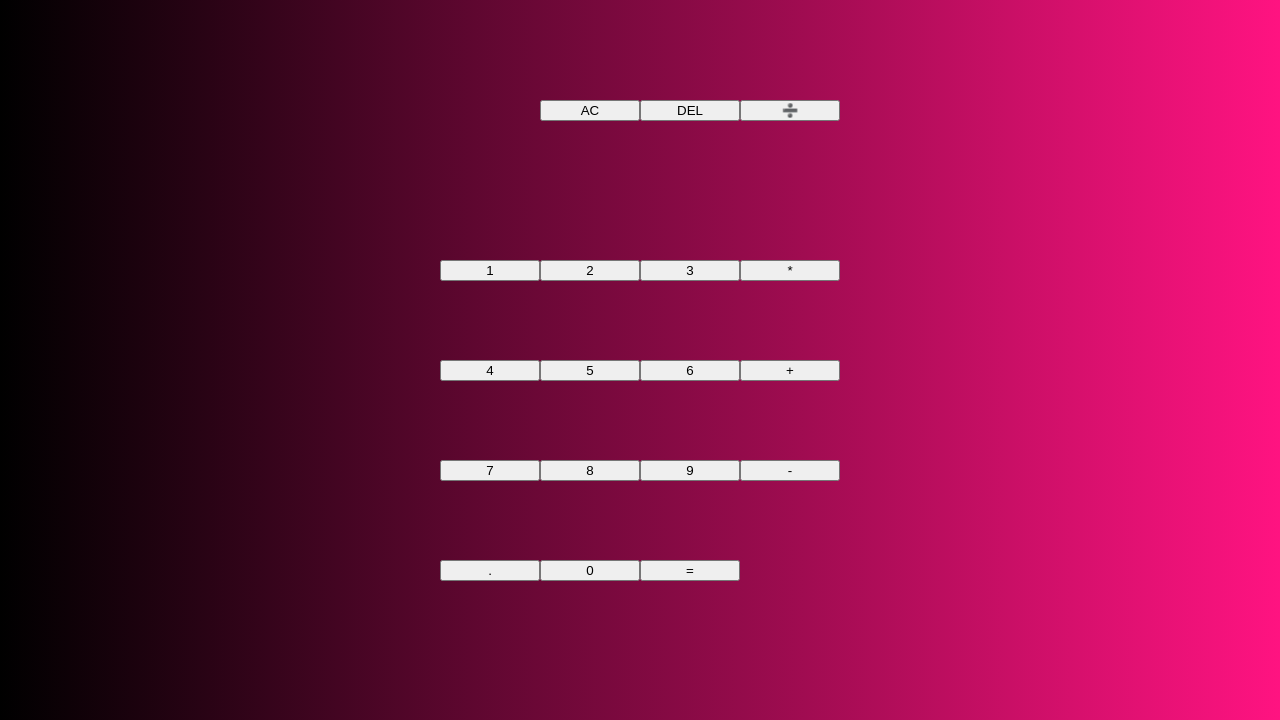
Repository: burntaftermint/calculator
Page: index.html
These files come from the project's save history. The page is drawn as it stood at one moment and after the next save; the edit follows.
The browser window is 1280 px wide. The pictures show the whole page.

Above is the page before, as saved 2023-11-01 02:31:08.

### index.html
<!DOCTYPE html>
<html lang="en">
<head>
    <meta charset="UTF-8">
    <meta name="viewport" content="width=device-width, initial-scale=1.0">
    <title>Calculator</title>
    <link href="styles.css" rel="stylesheet">
    <script src="script.js" defer></script>
</head>
<body>
    <div class="calculator-grid">
        <div class="output">
            <div class="previous-operand"></div>
                <div class="current-operand"></div>
        </div>
        <button class="span-two">AC</button>
        <button>DEL</button>
        <button>➗</button>
        <button>1</button>
        <button>2</button>
        <button>3</button>
        <button>*</button>
        <button>4</button>
        <button>5</button>
        <button>6</button>
        <button>+</button>
        <button>7</button>
        <button>8</button>
        <button>9</button>
        <button>-</button>
        <button>.</button>
        <button>0</button>
        <button class="span-two">=</button>

    </div>
</body>
</html>

### styles.css
*::before, *::after {
    box-sizing: border-box;
    font-family: Gotham Rounded, sans-serif;
    font-weight: normal;
}

body {
    padding: 0;
    margin: 0;
    background: linear-gradient(to right, #000000, #ff1381);
}

.calculator-grid {
    display: grid;
    justify-content: center;
    align-items: center;
    min-height: 100vh;
    grid-template-columns: repeat(4, 100px);
    grid-template-rows: minmax(120px, auto) repeat(5, 100px);
}

Loaded but not shown: script.js (no copy from this time; the picture is the same without it)

After the next save:
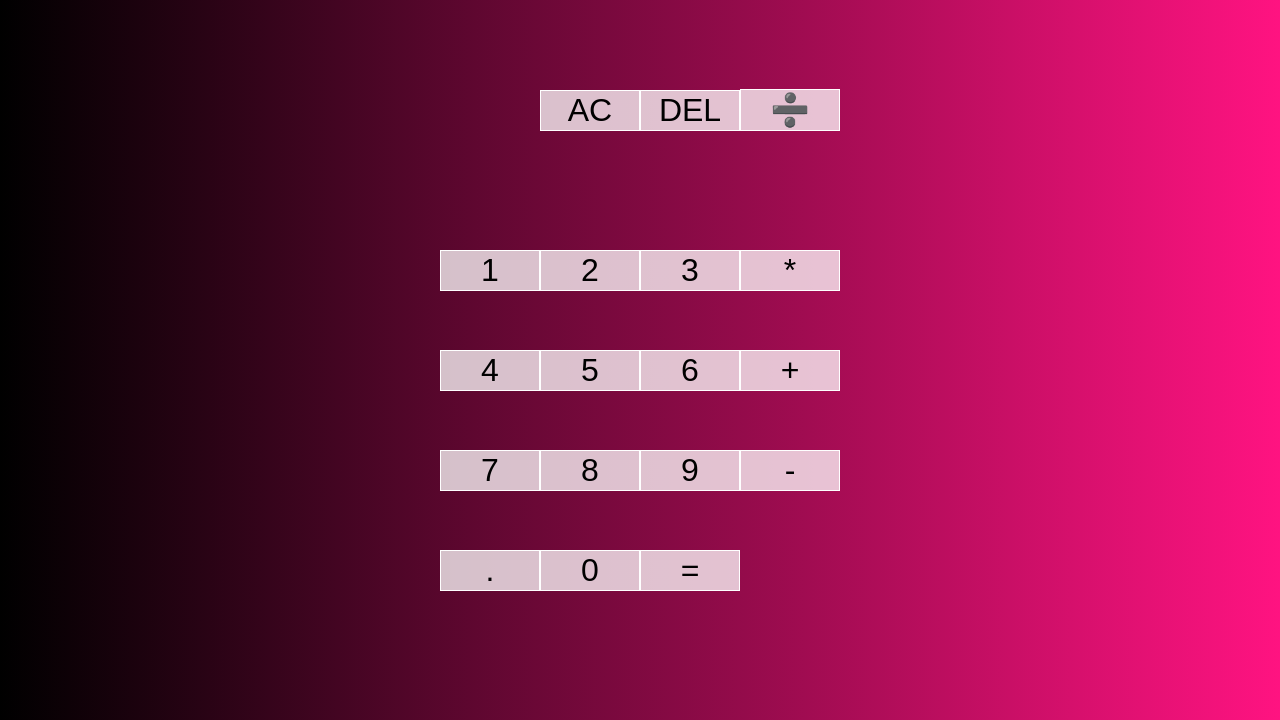
Saved 72 s later.
--- a/styles.css
+++ b/styles.css
@@ -18,3 +18,11 @@ body {
     grid-template-columns: repeat(4, 100px);
     grid-template-rows: minmax(120px, auto) repeat(5, 100px);
 }
+
+.calculator-grid > button {
+    cursor: pointer;
+    font-size: 2rem;
+    border: 1px solid white;
+    outline: none;
+    background-color: rgba(255, 255, 255, .75);
+}
